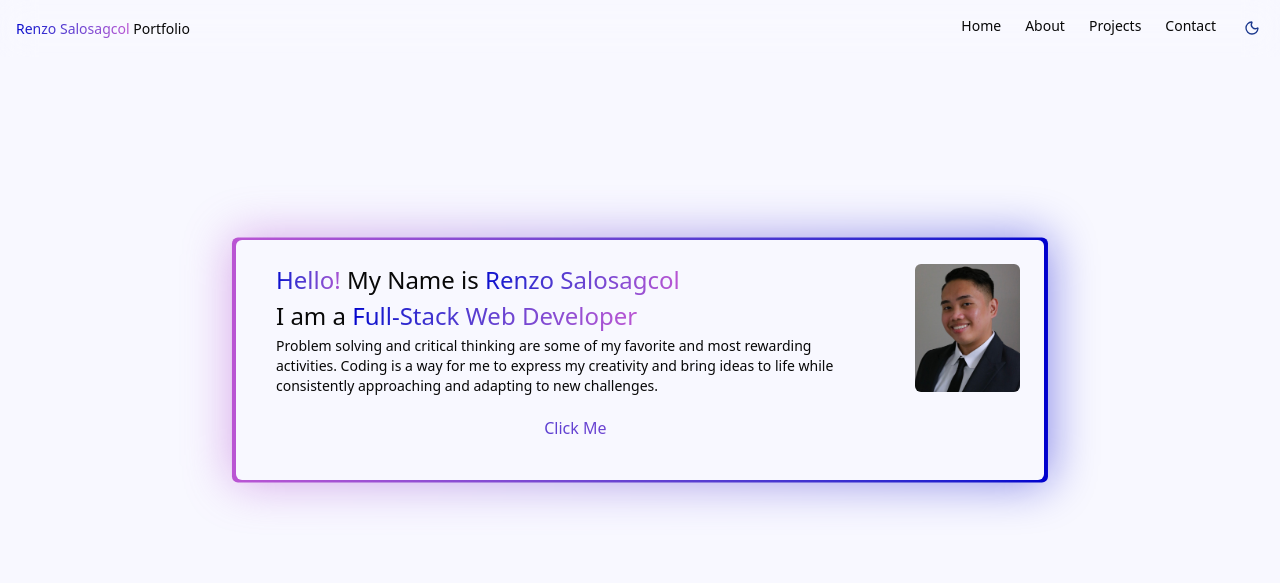
Repository: Renzo-Salosagcol/Updated_Personal_Portfolio
Page: /
These files come from the project's save history. The page is drawn as it stood at one moment and after the next save; the edit follows.
The browser window is 1280 px wide. The pictures show the whole page.
The project was rebuilt for these pictures with package versions that can differ from the ones it lists, and the page was loaded fresh each time. Also part of the build but not shown: vite.config.js, src/pages/NotFound.jsx.

Above is the page before, as saved 2025-10-09 20:09:47.

After the next save:
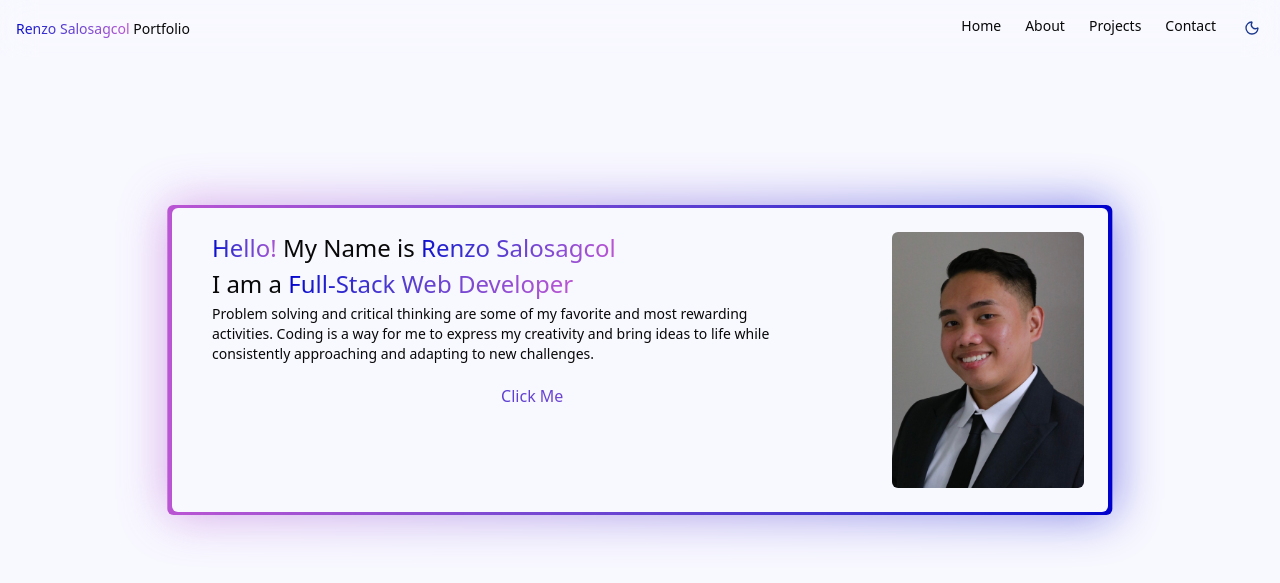
Saved 9 s later.
--- a/src/components/Hero.jsx
+++ b/src/components/Hero.jsx
@@ -21,7 +21,7 @@ export const Hero = () => {
             <img
             src="../../headshot.jpeg"
             alt="Headshot Photo"
-            className="rounded-md w-32 h-32 object-cover"
+            className="rounded-md w-64 h-64 object-cover"
             />
           </div>
       </div>
